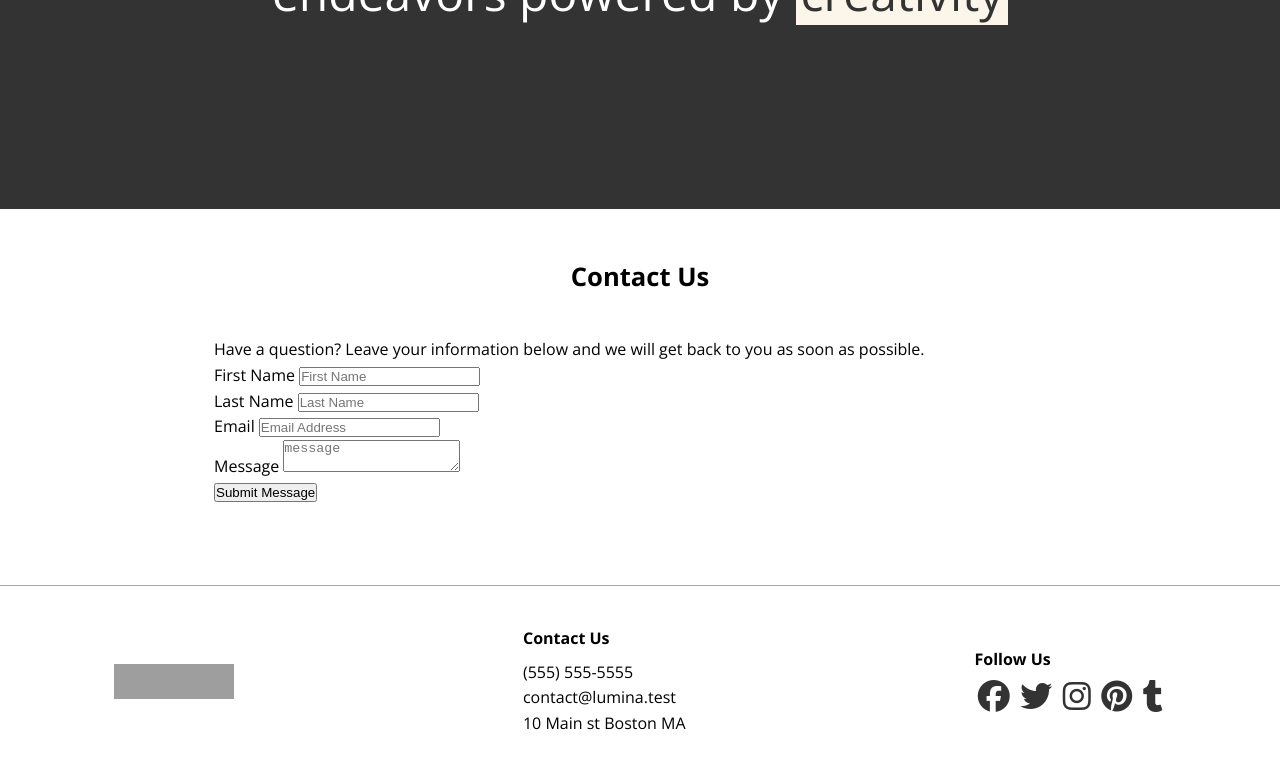
Repository: AchrafAzzaoui/lumina-creative-html-css-project
Page: lumina-creative/contact.html
An editor plug-in stored every save of this project. The page is shown before and after the next save, followed by the edit.
The browser window is 1280 px wide. The pictures show the part of the page from y = 437 to 1389 px (the page is 1213 px tall before and 1389 px after).
Pictures or frames that could not be fetched are drawn as grey boxes. A picture or video elsewhere on the page could not be fetched, so the positions and the page height are approximate. Some web libraries are served in a nearby version.

Above is the page before, as saved 2024-08-22 22:21:16.

### lumina-creative/contact.html
<!DOCTYPE html>
<html lang="en">
  <head>
    <meta charset="UTF-8" />
    <meta name="viewport" content="width=device-width, initial-scale=1.0" />
    <title>Document</title>
  </head>
  <body>
    <!DOCTYPE html>
    <html lang="en">
      <head>
        <meta charset="UTF-8" />
        <meta name="viewport" content="width=device-width, initial-scale=1.0" />
        <title>Contact Lumina Creative</title>
        <link rel="preconnect" href="https://fonts.googleapis.com" />
        <link rel="preconnect" href="https://fonts.gstatic.com" crossorigin />
        <link
          rel="stylesheet"
          href="https://cdnjs.cloudflare.com/ajax/libs/font-awesome/6.6.0/css/all.min.css"
          integrity="sha512-Kc323vGBEqzTmouAECnVceyQqyqdsSiqLQISBL29aUW4U/M7pSPA/gEUZQqv1cwx4OnYxTxve5UMg5GT6L4JJg=="
          crossorigin="anonymous"
          referrerpolicy="no-referrer"
        />
        <link
          href="https://fonts.googleapis.com/css2?family=Open+Sans:ital,wght@0,300..800;1,300..800&display=swap"
          rel="stylesheet"
        />
        <link rel="stylesheet" href="css/styles.css" />
        <link rel="icon" href="images/favicon.ico" />
      </head>
      <body>
        <header class="header">
          <div class="container container-sm header-flex">
            <img src="images/logo.png" alt="Lumina Creative" class="logo" />
            <nav>
              <ul class="main-menu">
                <li><a href="index.html">Home</a></li>
                <li><a href="about.html">About</a></li>
                <li><a class="current" href="contact.html">Contact</a></li>
              </ul>
            </nav>
          </div>
        </header>

        <section class="hero bg-dark">
          <div class="container container-sm">
            <h2>
              <span class="bg-primary">Enthusiastic</span> thinkers, creating
              unique endeavors powered by
              <span class="bg-primary">creativity</span>
            </h2>
          </div>
        </section>

        <section class="contact">
          <div class="container container-sm">
            <h2 class="section-heading">Contact Us</h2>
            <p>
              Have a question? Leave your information below and we will get back
              to you as soon as possible.
            </p>
            <form>
              <div class="form-group">
                <label for="first-name" class="visually-hidden"
                  >First Name</label
                >
                <input
                  id="first-name"
                  name="first-name"
                  type="text"
                  placeholder="First Name"
                />
              </div>
              <div class="form-group">
                <label for="last-name" class="visually-hidden">Last Name</label>
                <input
                  id="last-name"
                  name="last-name"
                  type="text"
                  placeholder="Last Name"
                />
              </div>
              <div class="form-group">
                <label for="email" class="visually-hidden">Email</label>
                <input
                  id="email"
                  name="email"
                  type="email"
                  placeholder="Email Address"
                />
              </div>
              <div class="form-group">
                <label for="message" class="visually-hidden">Message</label>
                <textarea
                  type="text"
                  id="message"
                  name="message"
                  placeholder="message"
                ></textarea>
              </div>
              <div class="form-group">
                <button type="submit" class="btn">Submit Message</button>
              </div>
            </form>
          </div>
        </section>

        <footer class="footer">
          <div class="container footer-flex">
            <img src="images/logo.png" alt="Lumina Creative" />
            <div>
              <h4>Contact Us</h4>
              <ul>
                <li>(555) 555-5555</li>
                <li>contact@lumina.test</li>
                <li>10 Main st Boston MA</li>
              </ul>
            </div>
            <div>
              <h4>Follow Us</h4>
              <a href="#"><i class="fab fa-facebook fa-2x"></i></a>
              <a href="#"><i class="fab fa-twitter fa-2x"></i></a>
              <a href="#"><i class="fab fa-instagram fa-2x"></i></a>
              <a href="#"><i class="fab fa-pinterest fa-2x"></i></a>
              <a href="#"><i class="fab fa-tumblr fa-2x"></i></a>
            </div>
          </div>
        </footer>
      </body>
    </html>
  </body>
</html>

### lumina-creative/css/styles.css
* {
  margin: 0;
  padding: 0;
  box-sizing: border-box;
}

:root {
  --primary-color: #fcf5e9;
  --container-normal: 1100px;
  --container-wide: 1400px;
  --container-narrow: 900px;
  --dark-color: #333;
}

body {
  font-family: "Open Sans", sans-serif;
  line-height: 1.6;
}
a {
  text-decoration: none;
  color: #333;
}
ul {
  list-style: none;
}
img {
  max-width: 100%;
}
/* utility classes */

.bg-primary {
  background-color: var(--primary-color);
  color: #333;
}

.bg-dark {
  background: var(--dark-color);
  color: white;
}

.section-heading {
  font-size: 1.6rem;
  text-align: center;
  margin-bottom: 40px;
}

.bg-dark .bg-primary {
  padding: 0 0.3rem;
}
/* Container */

.container {
  max-width: var(--container-normal);
  margin: 0 auto;
  padding: 0 1.5rem;
}

.container-lg {
  max-width: var(--container-wide);
}

.container-sm {
  max-width: var(--container-narrow);
}

/* Header */
.header {
  margin: 1.5rem auto;
}
.header .logo {
  width: 130px;
}

.header .header-flex {
  display: flex;
  justify-content: space-between;
  align-items: center;
}

.header .main-menu {
  display: flex;
  gap: 1rem;
}

.header .main-menu a {
  padding: 0.5rem 1rem;
}

.header .main-menu a:hover {
  background-color: var(--primary-color);
}

.current {
  background-color: var(--primary-color);
  font-weight: 600;
}

/* Hero */
.hero {
  height: 500px;
  display: flex;
  flex-direction: column;
  justify-content: center;
  align-items: center;
  text-align: center;
}

.hero h2 {
  font-size: 3rem;
  line-height: 1.4;
  font-weight: normal;
}
/* Photo gallery */
.gallery-flex {
  display: flex;
  justify-content: center;
  flex-wrap: wrap;
  gap: 20px;
}
.gallery-item {
  width: calc(33.333% - 20px);
  border-radius: 10px;
}
.gallery-item img {
  border-radius: 10px;
}

.gallery-item:hover {
  opacity: 0.9;
}

/* footer styles */
.footer {
  border-top: 1px solid #aaa;
  padding: 2.5rem 1.5rem;
  margin-top: 2rem;
}

.footer-flex {
  display: flex;
  justify-content: space-between;
  align-items: center;
}

.footer img {
  width: 120px;
  height: 35px;
}

.footer h4 {
  font-size: 1rem;
  margin-bottom: 0.5rem;
}
.footer a {
  margin: 0.2rem;
}

/* Services */
.services {
  padding: 3rem 0 4rem;
}
.services-flex {
  display: flex;
  gap: 2rem;
}
.service-item h4 {
  font-size: 1.5rem;
}
/* Team */
.team {
  padding: 3rem 0px 4rem;
}

.team-flex {
  display: flex;
  gap: 1.4rem;
}

.team img {
  border-radius: 10px;
}

/* Contact */
.contact {
  padding: 3rem;
}

/* Media Queries */

@media (max-width: 768px) {
  .header .header-flex,
  .footer .footer-flex,
  .services-flex,
  .team-flex {
    flex-direction: column;
    gap: 1.5rem;
  }
  .hero {
    height: 300px;
  }

  .hero h2 {
    font-size: 1.8rem;
  }

  .gallery-item {
    width: calc(50% - 20px);
  }
  .footer .footer-flex {
    text-align: center;
  }
}

After the next save:
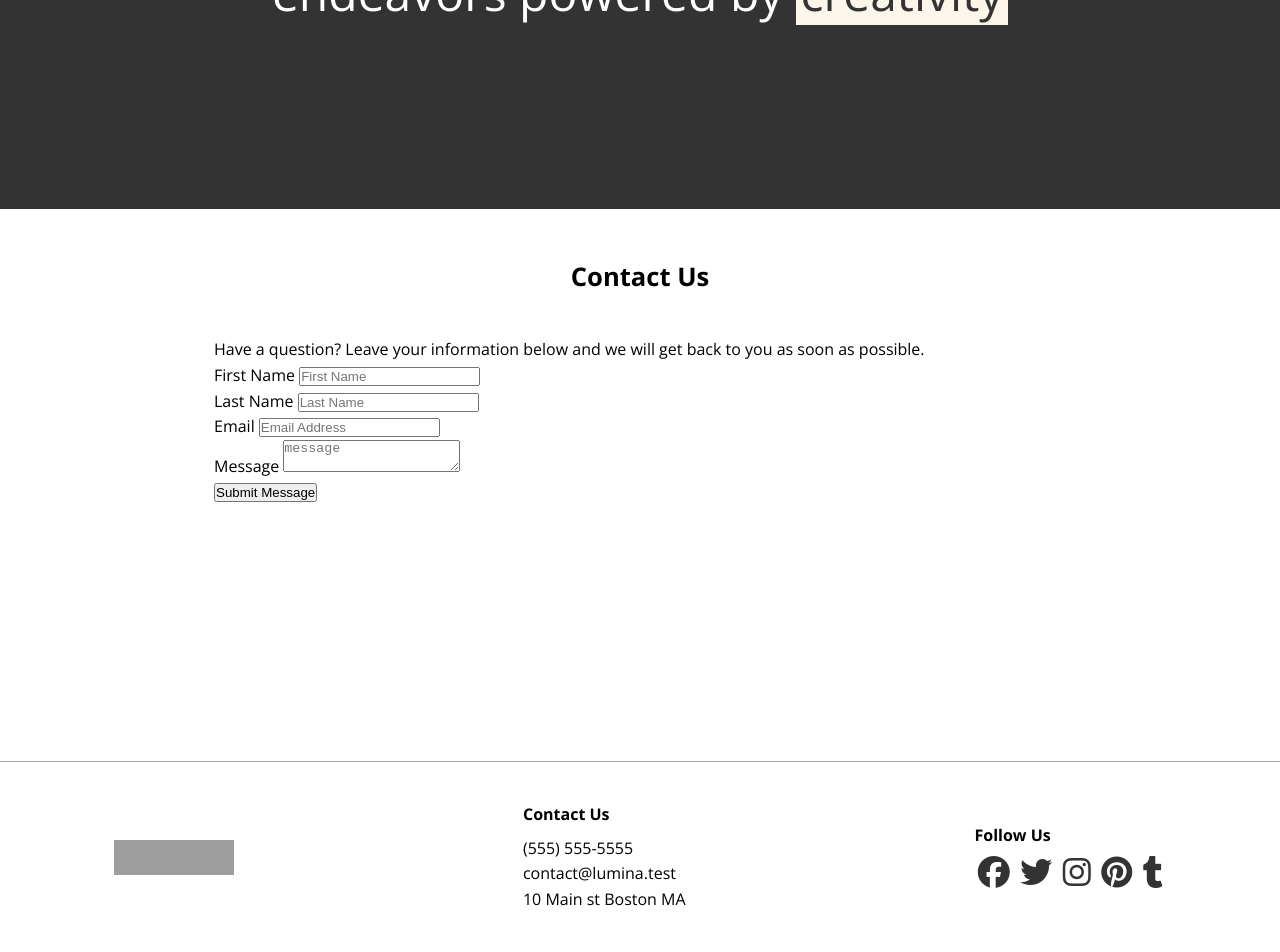
Saved 11 s later.
--- a/lumina-creative/css/styles.css
+++ b/lumina-creative/css/styles.css
@@ -182,7 +182,7 @@ img {
 
 /* Contact */
 .contact {
-  padding: 3rem;
+  padding: 3rem 0 14rem;
 }
 
 /* Media Queries */
